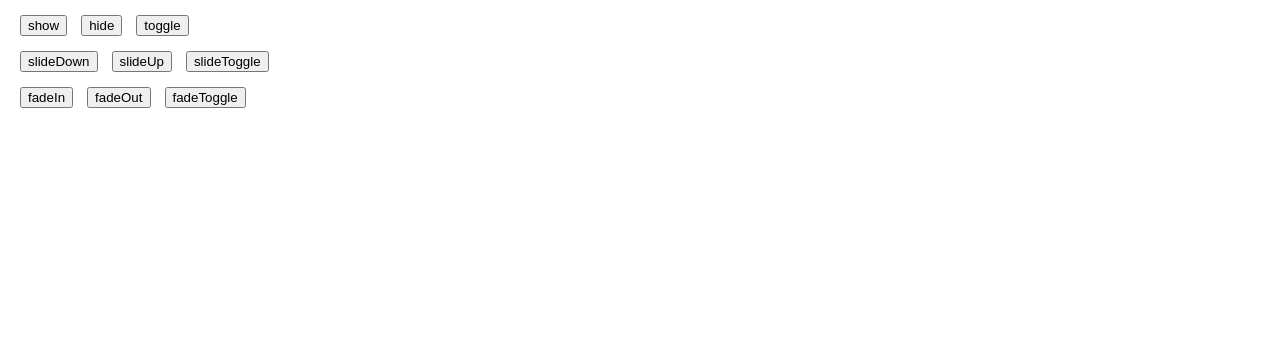
Repository: kimjoohye/study_WEB
Page: workspace/studyhtml5/WebContent/jq/jq03/jq05.html
These files come from the project's save history. The page is drawn as it stood at one moment and after the next save; the edit follows.
The browser window is 1280 px wide. The pictures show the whole page.
After loading, the first visible `button` was clicked once.

Above is the page before, as saved 2022-05-12 03:13:13.

### workspace/studyhtml5/WebContent/jq/jq03/jq05.html
<!DOCTYPE html>
<html>
<head>
<meta name="viewport" content="width=device-width,initial-scale=1.0">
<meta charset="UTF-8">
<link rel="shortcut icon" type="image/x-icon" href="/studyhtml5/favicon.ico">
<meta http-equiv="Expires" content="Mon, 01 Jan 2020 00:00:01 GMT">
<!--위의 명시된 날짜 이후가 되면 페이지가 캐싱되지 않는다.(2020년 이후 쭉 ) -->

<meta http-equiv="Expires" content="-1">
<!--캐시된 페이지가 만료되어 삭제되는 시간을 정의하나 특별한 경우가 아니면 -1로 설정-->

<meta http-equiv="Pragma" content="no-cache">
<!--페이지 로드시마다 페이지를 캐싱하지 않는다.(HTTP 1.0)-->

<meta http-equiv="Cache-Control" content="no-cache">
<!--페이지 로드시마다 페이지를 캐싱하지 않는다.(HTTP 1.1)-->

<!--reset 스타일시트 -->
<!--<link rel="stylesheet" type="text/css" href="/studyhtml5/asset/css/reset.css">-->
<!--스타일 시트 -->
<style type="text/css">
  * {
    margin: 5px;
  }

  .box{
    width: 200px;
    height: 200px;
    border: 2px solid #333;
    display: none;
  }
</style>

<title>Insert title here</title>

<!-- jquery -->
<script type="text/javascript" src="/studyhtml5/asset/js/jquery-1.12.4.js"></script>
</head>
<body>
   <div id="m1">
    <button>show</button>
    <button>hide</button>
    <button>toggle</button>
    <div class="box">내용1</div>
   </div>

   <div id="m2">
    <button>slideDown</button>
    <button>slideUp</button>
    <button>slideToggle</button>
    <div class="box">내용2</div>
   </div>

   <div id="m3">
    <button>fadeIn</button>
    <button>fadeOut</button>
    <button>fadeToggle</button>
    <div class="box">내용3</div>
   </div>


   <!--자바스크립트 코드 -->
<script type="text/javascript">
   $(document).ready(function(){
       // console.log('PCWK *** document');

       $('#m1 button:eq(0)').on('click', function(){
    	   // console.log(`#m1 button:eq(0)`);
       });
   });
</script>
</body>
</html>

Loaded but not shown: workspace/studyhtml5/WebContent/asset/js/jquery-1.12.4.js (library)

After the next save:
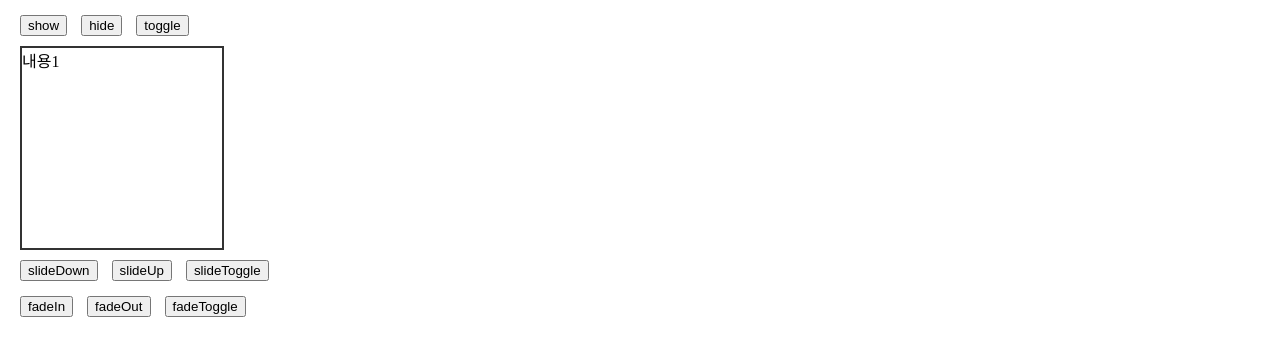
Saved 16 s later.
--- a/workspace/studyhtml5/WebContent/jq/jq03/jq05.html
+++ b/workspace/studyhtml5/WebContent/jq/jq03/jq05.html
@@ -67,6 +67,7 @@
 
        $('#m1 button:eq(0)').on('click', function(){
     	   // console.log(`#m1 button:eq(0)`);
+    	   $("#m1 .box").show();
        });
    });
 </script>
